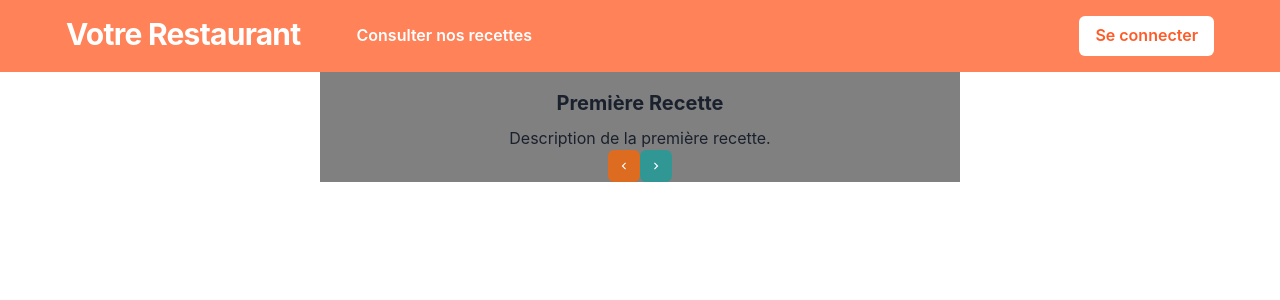
Repository: Ecaron76/tp-restau-next
Page: /
These files come from the project's save history. The page is drawn as it stood at one moment and after the next save; the edit follows.
The browser window is 1280 px wide. The pictures show the whole page.
The project was rebuilt for these pictures with package versions that can differ from the ones it lists, and the page was loaded fresh each time. The framework's server and built-in components were replaced by stand-ins that run in the browser. Also part of the build but not shown: next.config.mjs.

Above is the page before, as saved 2024-02-25 18:50:04.

### src/app/layout.tsx
'use client'

import { Inter } from "next/font/google";
import "./globals.css";
import { ChakraProvider, extendTheme  } from '@chakra-ui/react'
import Header from "@/components/Header/Header";
const theme = extendTheme({
  colors: {
    brand: {
      50: '#ffeee6',
      100: '#ffc7b7',
      200: '#ffa788',
      300: '#ff8259',
      400: '#ff5b29',
      500: '#ff3300',
      600: '#cc2900',
      700: '#991f00',
      800: '#661600',
      900: '#330c00',
    },
  },
});



export function Providers({ children }: { children: React.ReactNode }) {
  return <ChakraProvider theme={theme}>{children}</ChakraProvider>
}

export default function RootLayout({
  children,
}: Readonly<{
  children: React.ReactNode;
}>) {
  return (
    <html lang="en">
      <body>
        <Providers>{children}</Providers>
      </body>
    </html>
  );
}

### src/app/page.tsx
"use client"
import Image from "next/image";

import Header from "@/components/Header/Header";
import PageContainer from "@/components/PageContainer/PageContainer";
import SliderResto from "@/components/SliderResto/SliderResto";
import Slider from "react-slick";
import { Box } from "@chakra-ui/react";
const settings = {
  dots: true,
  infinite: true,
  speed: 500,
  slidesToShow: 1,
  slidesToScroll: 1,
};
export default function Home() {
  return (
    <main >
      <Header />
      <PageContainer>
        <SliderResto />
      </PageContainer>
    </main>
  );
}

### src/app/globals.css
:root {
  --max-width: 1100px;
  --border-radius: 12px;
  --font-mono: ui-monospace, Menlo, Monaco, "Cascadia Mono", "Segoe UI Mono",
    "Roboto Mono", "Oxygen Mono", "Ubuntu Monospace", "Source Code Pro",
    "Fira Mono", "Droid Sans Mono", "Courier New", monospace;

  --foreground-rgb: 0, 0, 0;
  --background-start-rgb: 214, 219, 220;
  --background-end-rgb: 255, 255, 255;

  --primary-glow: conic-gradient(
    from 180deg at 50% 50%,
    #16abff33 0deg,
    #0885ff33 55deg,
    #54d6ff33 120deg,
    #0071ff33 160deg,
    transparent 360deg
  );
  --secondary-glow: radial-gradient(
    rgba(255, 255, 255, 1),
    rgba(255, 255, 255, 0)
  );

  --tile-start-rgb: 239, 245, 249;
  --tile-end-rgb: 228, 232, 233;
  --tile-border: conic-gradient(
    #00000080,
    #00000040,
    #00000030,
    #00000020,
    #00000010,
    #00000010,
    #00000080
  );

  --callout-rgb: 238, 240, 241;
  --callout-border-rgb: 172, 175, 176;
  --card-rgb: 180, 185, 188;
  --card-border-rgb: 131, 134, 135;
}

@media (prefers-color-scheme: dark) {
  :root {
    --foreground-rgb: 255, 255, 255;
    --background-start-rgb: 0, 0, 0;
    --background-end-rgb: 0, 0, 0;

    --primary-glow: radial-gradient(rgba(1, 65, 255, 0.4), rgba(1, 65, 255, 0));
    --secondary-glow: linear-gradient(
      to bottom right,
      rgba(1, 65, 255, 0),
      rgba(1, 65, 255, 0),
      rgba(1, 65, 255, 0.3)
    );

    --tile-start-rgb: 2, 13, 46;
    --tile-end-rgb: 2, 5, 19;
    --tile-border: conic-gradient(
      #ffffff80,
      #ffffff40,
      #ffffff30,
      #ffffff20,
      #ffffff10,
      #ffffff10,
      #ffffff80
    );

    --callout-rgb: 20, 20, 20;
    --callout-border-rgb: 108, 108, 108;
    --card-rgb: 100, 100, 100;
    --card-border-rgb: 200, 200, 200;
  }
}

* {
  box-sizing: border-box;
  padding: 0;
  margin: 0;
}

html,
body {

  overflow-x: hidden;
}

body {
  color: rgb(var(--foreground-rgb));
  background: linear-gradient(
      to bottom,
      transparent,
      rgb(var(--background-end-rgb))
    )
    rgb(var(--background-start-rgb));
}

a {
  color: inherit;
  text-decoration: none;
}

@media (prefers-color-scheme: dark) {
  html {
    color-scheme: dark;
  }
}

### src/components/Header/Header.tsx
import { Box, Flex, Heading, Spacer, Button } from '@chakra-ui/react';
import NextLink from 'next/link'; // Pour gérer la navigation entre les pages

const Header = () => {
  return (
    <Box bg="brand.300" p={4} color="white">
      <Flex alignItems="center" maxW="100%" marginLeft={'50px'} marginRight={'50px'} justifyContent='space-between'>
        {/* Logo ou Nom du restaurant */}
        <Box display={'flex'} gap={10}>
        <Heading as="h1" size="lg" letterSpacing="tight">
          <NextLink href="/" passHref>
              Votre Restaurant
          </NextLink>
        </Heading>
        <Box>
          <NextLink href="/recettes" passHref>
            <Button  variant="ghost" color={'white'}>
              Consulter nos recettes
            </Button>
          </NextLink>
        </Box>
        </Box>
        <Box>
          <NextLink href="/login" passHref>
            <Button  variant="ghost" color={'brand.400'} bg={'white'}>
              Se connecter
            </Button>
          </NextLink>
        </Box>
      </Flex>
    </Box>
  );
};

export default Header;

### src/components/PageContainer/PageContainer.tsx
import { Box } from "@chakra-ui/react";

export default function PageContainer({children}: {children: React.ReactNode}) {
    return (
      <Box marginRight={'25%'}marginLeft={'25%'} bg="grey">
        {children}
      </Box>
    )
  }

### src/components/SliderResto/SliderResto.tsx
import { ChevronLeftIcon, ChevronRightIcon } from "@chakra-ui/icons";
import { Box, Button, IconButton, Text } from "@chakra-ui/react";
import { useState } from "react";

export default function SliderResto() {
    const [currentSlide, setCurrentSlide] = useState(0);
    const slides = [
        { id: 1, title: 'Première Recette', description: 'Description de la première recette.' },
        { id: 2, title: 'Deuxième Recette', description: 'Description de la deuxième recette.' },
        { id: 3, title: 'Troisième Recette', description: 'Description de la troisième recette.' },
      ];

      const goToNextSlide = () => {
        setCurrentSlide((prevSlide: number) => (prevSlide + 1) % slides.length);
      };

      const goToPrevSlide = () => {
        setCurrentSlide((prevSlide: number) => (prevSlide - 1 + slides.length) % slides.length);
      };
  return (
    <Box position="relative" textAlign="center" p={4}>
      <Text fontSize="xl" fontWeight="bold" mb={2}>
        {slides[currentSlide].title}
      </Text>
      <Text fontSize="md" mb={4}>
        {slides[currentSlide].description}
      </Text>
      <Box position="absolute" bottom="0" left="50%" transform="translateX(-50%)">
        <IconButton
          onClick={goToPrevSlide}
          icon={<ChevronLeftIcon />}
          colorScheme="orange"
          size="sm"
          aria-label="Précédent"
        />
        <IconButton
          onClick={goToNextSlide}
          icon={<ChevronRightIcon />}
          colorScheme="teal"
          size="sm"
          aria-label="Suivant"
        />
      </Box>
    </Box>
  );
}

After the next save:
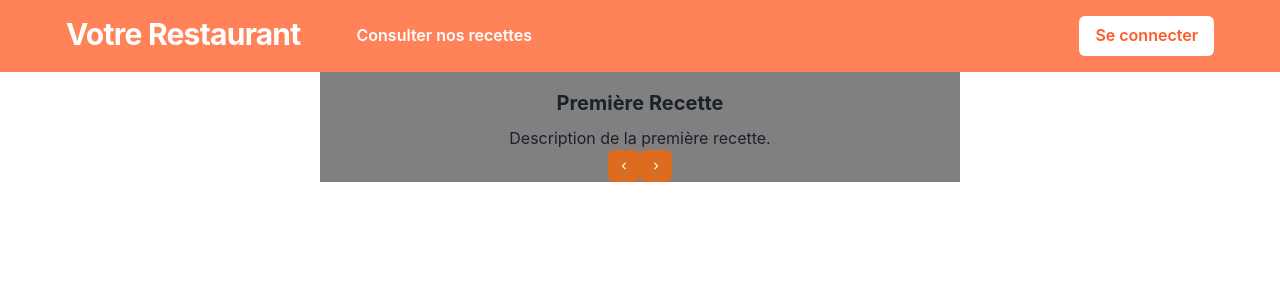
Saved 7 s later.
--- a/src/components/SliderResto/SliderResto.tsx
+++ b/src/components/SliderResto/SliderResto.tsx
@@ -36,7 +36,7 @@ export default function SliderResto() {
         <IconButton
           onClick={goToNextSlide}
           icon={<ChevronRightIcon />}
-          colorScheme="teal"
+          colorScheme="orange"
           size="sm"
           aria-label="Suivant"
         />
